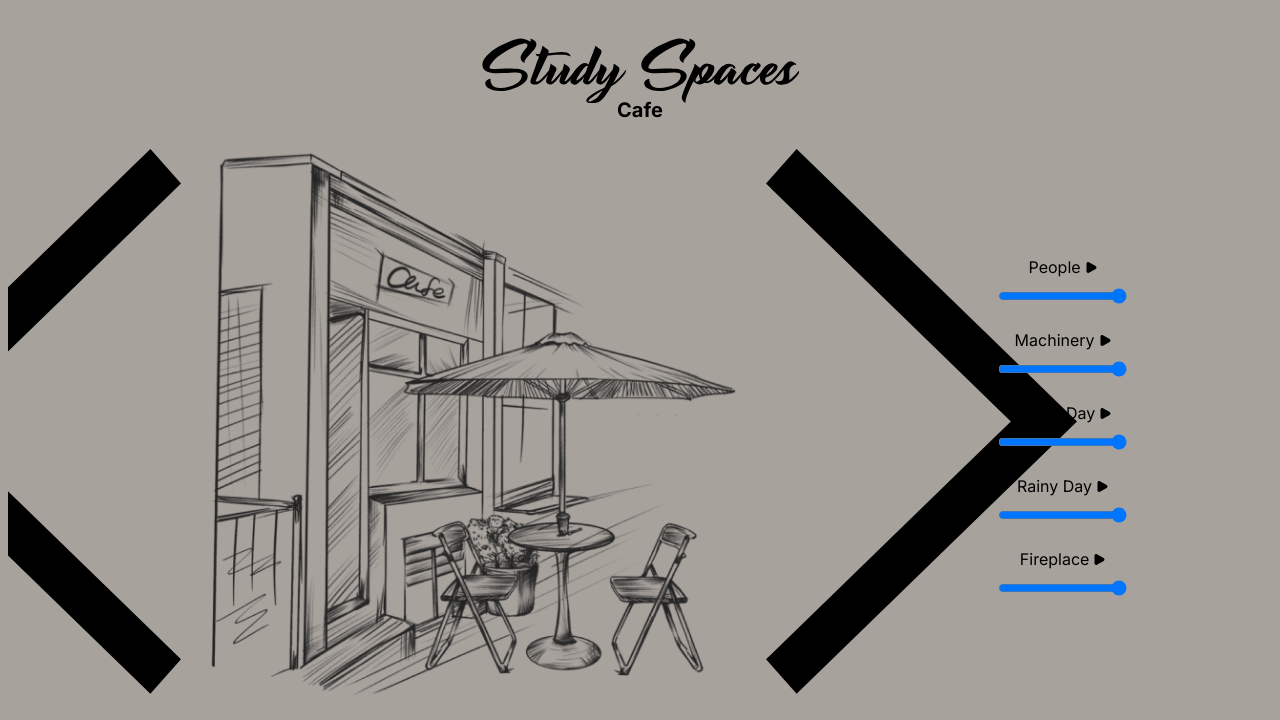
Repository: kaitlynlie/studyspaces
Page: / (app in studyspaces/)
The author's editor kept a copy of each file at every save. The page is drawn from the files as they stood at one save, then again after the next save.
The browser window is 1280 px wide. The pictures show the whole page.
The project was rebuilt for these pictures with package versions that can differ from the ones it lists, and the page was loaded fresh each time. Also part of the build but not shown: studyspaces/vite.config.ts. Imported but missing from the stored project, and not drawn on this page: studyspaces/src/audio/fireplace.wav, studyspaces/src/audio/people.wav, studyspaces/src/audio/rain.wav, studyspaces/src/audio/softmachinery.mp3, studyspaces/src/audio/sun.wav.

Above is the page before, as saved 2023-09-28 11:15:21.

### studyspaces/index.html
<!DOCTYPE html>
<html lang="en">
  <head>
    <meta charset="UTF-8" />
    <link rel="icon" type="image/svg+xml" href="/vite.svg" />
    <meta name="viewport" content="width=device-width, initial-scale=1.0" />
    <title>Study Spaces</title>
  </head>
  <body>
    <div id="root"></div>
    <script type="module" src="/src/main.tsx"></script>
  </body>
</html>

### studyspaces/src/main.tsx
import React from 'react'
import ReactDOM from 'react-dom/client'
import App from './App'
import './index.scss'
import { BrowserRouter } from 'react-router-dom'

ReactDOM.createRoot(document.getElementById('root')!).render(
  <BrowserRouter>
    <App />
  </BrowserRouter>,
)

### studyspaces/src/App.tsx
import clsx from "clsx";
import { Route, Routes } from 'react-router-dom'
import React from "react";
import { Home } from "./pages/Home";
import { Navbar } from "./pages";

function App() {
  return (
    <>
      <div className={clsx("app", "w-full overflow-hidden")}>
          {/* <img
            src={tracks}
            alt='tracks'
            className={clsx(styles.tracks)}
          />  */}
        {/* <Navbar /> */}
        <Routes>
          <Route index path="/" element={<Home />} />
          {/* <Route path="about" element={<About />} />
          <Route path="membership" element={<Membership />} />
          <Route path="faq" element={<FAQ />} />
          <Route path="blog" element={<Blog />} />
          <Route path="careers" element={<Careers />} />
          <Route path='blog2' element={<Blog2 />} /> */}
      </Routes>
      </div>
    </>
  )
  }

export default App;

### studyspaces/src/index.scss
@import url("https://fonts.googleapis.com/css2?family=Inter:wght@400;500;600;700;800;900&display=swap");
// @import "./style/globals/general.scss";

@tailwind base;
@tailwind components;
@tailwind utilities;

:root {
  font-family: Inter;
  overflow-x: hidden;
}

@keyframes jump {
  0%, 100% {
    transform: translateY(0);
  }
  50% {
    transform: translateY(-20px);
  }
}

.jumping-word {
  display: inline-block;
  animation: jump 1s infinite;
}

### studyspaces/src/pages/Home.tsx
import styles from "./home.module.scss";
import clsx from "clsx";
import { title, coffee, leftarrow, rightarrow, play, pause } from "../assets";
import React, { ChangeEvent, useState, useRef } from 'react';
import { people, machinery, sunny, rainy, fire } from "../audio";
import { Navbar } from ".";

export function Home() {
  const [sliderValues, setSliderValues] = useState({
    peopleVolumeSlider: 1,
    machVolumeSlider: 1,
    sunnyVolumeSlider: 1,
    rainyVolumeSlider: 1,
    fireVolumeSlider: 1,
  });

  const handleSliderChange = (event: ChangeEvent<HTMLInputElement>) => {
    const { id, value } = event.target;
    setSliderValues((prevValues) => ({
      ...prevValues,
      [id]: parseFloat(value),
    }));
  };

  const [isPlaying, setIsPlaying] = useState<AudioState>({});

  interface AudioState {
    [key: string]: boolean;
  }

  const handlePlayButtonClick = (audioId: string) => {
    setIsPlaying((prevState) => ({
      ...prevState,
      [audioId]: !prevState[audioId] || !prevState[audioId],
    }));
  };

  return (
    <div className={clsx(styles.body)}>
        <section className={clsx(styles.home)}>
          <div className={clsx(styles.header)}>
            <img src={title} className={clsx(styles.title)}/>
            <Navbar />
          </div>
            <h4>Cafe</h4>
            <div className={clsx(styles.content)}>
              <div className={clsx(styles.hero)}>
                <img id="leftArrow" src={leftarrow} />
                <img src={coffee} className={clsx(styles.coffee)} />
                <img id="rightArrow" src={rightarrow} />
              </div>

              <div className={clsx(styles.audiolist)}>
                <div className={clsx(styles.audio)}>
                  <div className={clsx(styles.title)}>
                    <p>People</p>
                    <img
                      src={play}
                      width="11"
                      height="11"
                      id="peoplePlayButton"
                      onClick={() => handlePlayButtonClick("peopleAudioPlayer")}                    />
                  </div>
                  <audio id="peopleAudioPlayer">
                    <source src={people} type="audio/wav" />
                  </audio>
                  <input
                    type="range"
                    id="peopleVolumeSlider"
                    min={0}
                    max={1}
                    step={0.1}
                    value={sliderValues.peopleVolumeSlider}
                    onChange={handleSliderChange}
                  />
                </div>

                <div className={clsx(styles.audio)}>
                  <div className={clsx(styles.title)}>
                    <p>Machinery</p>
                    <img
                      src={play}
                      width="11"
                      height="11"
                      id="machPlayButton"
                      onClick={() => handlePlayButtonClick("machAudioPlayer")}
                    />
                  </div>
                  <audio id="machAudioPlayer">
                    <source src={machinery} type="audio/mp3" />
                  </audio>
                  <input
                    type="range"
                    id="machVolumeSlider"
                    min={0}
                    max={1}
                    step={0.1}
                    value={sliderValues.machVolumeSlider}
                    onChange={handleSliderChange}
                  />
                </div>

                <div className={clsx(styles.audio)}>
                  <div className={clsx(styles.title)}>
                    <p>Sunny Day</p>
                    <img
                      src={play}
                      width="11"
                      height="11"
                      id="sunnyPlayButton"
                      onClick={() => handlePlayButtonClick("sunnyAudioPlayer")}
                    />
                  </div>
                  <audio id="sunnyAudioPlayer">
                    <source src={sunny} type="audio/wav" />
                  </audio>
                  <input
                    type="range"
                    id="sunnyVolumeSlider"
                    min={0}
                    max={1}
                    step={0.1}
                    value={sliderValues.sunnyVolumeSlider}
                    onChange={handleSliderChange}
                  />
                </div>

                <div className={clsx(styles.audio)}>
                  <div className={clsx(styles.title)}>
                    <p>Rainy Day</p>
                    <img
                      src={play}
                      width="11"
                      height="11"
                      id="rainyPlayButton"
                      onClick={() => handlePlayButtonClick("rainyAudioPlayer")}
                    />
                  </div>
                  <audio id="rainyAudioPlayer">
                    <source src={rainy} type="audio/wav" />
                  </audio>
                  <input
                    type="range"
                    id="rainyVolumeSlider"
                    min={0}
                    max={1}
                    step={0.1}
                    value={sliderValues.rainyVolumeSlider}
                    onChange={handleSliderChange}
                  />
                </div>

                <div className={clsx(styles.audio)}>
                  <div className={clsx(styles.title)}>
                    <p>Fireplace</p>
                    <img
                      src={play}
                      width="11"
                      height="11"
                      id="firePlayButton"
                      onClick={() => handlePlayButtonClick("fireAudioPlayer")}
                    />
                  </div>
                  <audio id="fireAudioPlayer">
                    <source src={fire} type="audio/wav" />
                  </audio>
                  <input
                    type="range"
                    id="fireVolumeSlider"
                    min={0}
                    max={1}
                    step={0.1}
                    value={sliderValues.fireVolumeSlider}
                    onChange={handleSliderChange}
                  />
                </div>
              </div>
            </div>
        </section>
    </div>
  );
}

### studyspaces/src/pages/home.module.scss
body {
    background-color: rgb(168, 162, 157);
    section.home {
        padding: 10px;
        display: flex;
        flex-direction: column;
        justify-content: center;
        align-items: center;
        overflow-y: hidden;
        .header {
          display: flex;
          flex-direction: row;
          justify-content: flex-start;
          align-items: flex-start;
          .title {
              margin-top: 20px;
          }
        }
        h4 {
            text-align: center;
            font-size: 20px;
            font-weight: 700;
            margin-top: -5px;
        }
        .content {
            display: flex;
            justify-content: space-between;
            gap: 200px;
            transition: gap 0.3s ease;
            // @media (max-width: 1089px) {
            //     gap: 50px;
            // }
            // @media (max-width: 919px) {
            //   flex-direction: column;
            // }
            .hero {
                display: flex;
                justify-content: center;
                gap: 30px;
                .coffee {
                    max-width: 550px;
                    max-height: 550px;
                    width: 100%;
                    height: 100%;
                    @media (max-width: 664px) {
                        max-width: 300px;
                        max-height: 300px;
                    }
                }
            }
            .audiolist {
                display: flex;
                flex-direction: column;
                align-items: center;
                justify-content: center;
                .audio {
                    display: flex;
                    flex-direction: column;
                    justify-content: center;
                    align-items: center;
                    .title {
                        display: flex;
                        flex-direction: row;
                        justify-content: center;
                        align-items: center;
                        gap: 5px;
                        img {
                            cursor: pointer;
                        }
                        .custom-range-slider {
                            appearance: none;
                            width: 100%;
                            height: 8px;
                            border-radius: 5px;
                            background-color: black;
                            outline: none;
                          }

                          .custom-range-slider::-webkit-slider-thumb {
                            appearance: none;
                            width: 16px;
                            height: 16px;
                            border-radius: 50%;
                            background-color: white;
                            cursor: pointer;
                          }

                          .custom-range-slider::-moz-range-thumb {
                            width: 16px;
                            height: 16px;
                            border-radius: 50%;
                            background-color: white;
                            cursor: pointer;
                          }

                          .custom-range-slider::-ms-thumb {
                            width: 16px;
                            height: 16px;
                            border-radius: 50%;
                            background-color: white;
                            cursor: pointer;
                          }
                        #peopleVolumeSlider {
                            -webkit-appearance: none;
                            appearance: none;
                            width: 100%;
                            height: 5px;
                            background-color: black; /* Set the default color of the track/bar */
                            outline: none;
                            position: relative;
                          }

                          #peopleVolumeSlider::-webkit-slider-thumb {
                            -webkit-appearance: none;
                            appearance: none;
                            width: 12px;
                            height: 12px;
                            background-color: black; /* Set the color of the slider thumb */
                            cursor: pointer;
                            border-radius: 50%;
                            position: relative;
                            z-index: 1;
                          }

                          #sunnyVolumeSlider {
                            -webkit-appearance: none;
                            appearance: none;
                            width: 100%;
                            height: 5px;
                            background-color: black; /* Set the default color of the track/bar */
                            outline: none;
                            position: relative;
                          }

                          #sunnyVolumeSlider::-webkit-slider-thumb {
                            -webkit-appearance: none;
                            appearance: none;
                            width: 12px;
                            height: 12px;
                            background-color: black; /* Set the color of the slider thumb */
                            cursor: pointer;
                            border-radius: 50%;
                            position: relative;
                            z-index: 1;
                          }

                          #rainyVolumeSlider {
                            -webkit-appearance: none;
                            appearance: none;
                            width: 100%;
                            height: 5px;
                            background-color: black; /* Set the default color of the track/bar */
                            outline: none;
                            position: relative;
                          }

                          #rainyVolumeSlider::-webkit-slider-thumb {
                            -webkit-appearance: none;
                            appearance: none;
                            width: 12px;
                            height: 12px;
                            background-color: black; /* Set the color of the slider thumb */
                            cursor: pointer;
                            border-radius: 50%;
                            position: relative;
                            z-index: 1;
                          }

                          #machVolumeSlider {
                            -webkit-appearance: none;
                            appearance: none;
                            width: 100%;
                            height: 5px;
                            background-color: black; /* Set the default color of the track/bar */
                            outline: none;
                            position: relative;
                          }

                          #machVolumeSlider::-webkit-slider-thumb {
                            -webkit-appearance: none;
                            appearance: none;
                            width: 12px;
                            height: 12px;
                            background-color: black; /* Set the color of the slider thumb */
                            cursor: pointer;
                            border-radius: 50%;
                            position: relative;
                            z-index: 1;
                          }

                          #fireVolumeSlider {
                            -webkit-appearance: none;
                            appearance: none;
                            width: 100%;
                            height: 5px;
                            background-color: black; /* Set the default color of the track/bar */
                            outline: none;
                            position: relative;
                          }

                          #fireVolumeSlider::-webkit-slider-thumb {
                            -webkit-appearance: none;
                            appearance: none;
                            width: 12px;
                            height: 12px;
                            background-color: black; /* Set the color of the slider thumb */
                            cursor: pointer;
                            border-radius: 50%;
                            position: relative;
                            z-index: 1;
                          }
                    }
                    input {
                        margin-top: -5px;
                        margin-bottom: 10px
                    }
                }
            }
        }
    }
}

### studyspaces/src/assets/index.ts
import title from './title.svg'
import coffee from './coffee.png'
import leftarrow from './leftarrow.svg'
import rightarrow from './rightarrow.svg'
import play from './play.svg'
import pause from './pause.svg'

export {
    title,
    coffee,
    leftarrow,
    rightarrow,
    play,
    pause
}

### studyspaces/src/audio/index.ts
import people from './people.wav'
import machinery from './softmachinery.mp3'
import sunny from './sun.wav'
import rainy from './rain.wav'
import fire from './fireplace.wav'

export {
    people,
    machinery,
    sunny,
    rainy,
    fire
}

### studyspaces/src/pages/index.ts
import Navbar from "./Navbar";

export {
    Navbar
}

### studyspaces/src/pages/Navbar.tsx
import React from 'react'
import styles from './Navbar.module.scss'
import clsx from 'clsx'
import { title } from '../assets'
import { Link } from 'react-router-dom'
import { useState } from 'react'
import { RiMenu3Line, RiCloseLine } from 'react-icons/ri';

const Navbar = () => {
  const [toggleMenu, setToggleMenu] = useState(false);
  const [nav, setNav] = useState(false);

  const openNav = () => {
    setNav(!nav);
  };

  return (
    <nav className={clsx(styles.navbar)}>
    <div className={clsx(styles.toggle)}>
        {toggleMenu
          ? <RiCloseLine color="#000" size={27} onClick={() => setToggleMenu(false)} />
          : <RiMenu3Line color="#000" size={27} onClick={() => setToggleMenu(true)} />}
        {toggleMenu && (
        <div className={clsx(styles.box)}>
          <div className="none">
            <ul className={clsx(styles.dropdown)}>
            <Link onClick={openNav} to='/'><li><a>Home</a></li></Link>
            <Link onClick={openNav} to='/about'><li><a>About</a></li></Link>
            <Link onClick={openNav} to='/membership'><li><a>Todo</a></li></Link>
            <Link onClick={openNav} to='/faq'><li><a>Timer</a></li></Link>
            </ul>
          </div>
        </div>
        )}
        </div>
  </nav>
  )
}

export default Navbar

### studyspaces/src/pages/Navbar.module.scss
nav.navbar {
    display: flex;
    flex-direction: row;
    align-items: center;
    justify-content: flex-end;
    z-index: 10;
    .components {
      display: flex;
      flex-direction: row;
      gap: 30px;
      font-size: 20px;
      font-weight: 500;
      line-height: 130%;
      z-index: 10;
      cursor: pointer;
      margin-right: 30px;
      a {
        z-index: 10;
        list-style-type: none;
        text-decoration: none;
        color: inherit;
      }
      @media (max-width: 1156px) {
        display: none;
      }
    }
    .signin {
      display: flex;
      flex-direction: row;
      align-items: center;
      gap: 10px;
      font-size: 20px;
      font-weight: 500;
      line-height: 130%;
      z-index: 10;
      cursor: pointer;
      @media (max-width: 1156px) {
        display: none;
      }
      .button {
        border-radius: 5px;
        background: #184171;
        width: 150px;
        height: 49px;
        color: white;
        margin-right: 5px;
        z-index: 10;
      }
    }
    .toggle {
    margin-right: -1000px;
      cursor: pointer;
      z-index: 10;
      margin-left: 20px;
      .box {
        display: flex;
        justify-content: flex-end;
        align-items: flex-end;
        flex-direction: column;
        text-align: end;
        background-color: #ffffffc9;
        padding: 30px;
        position: absolute;
        top: 40px;
        right: 10px;
        border-radius: 5px;
        box-shadow: 0 10px 20px 0 rgba(0,0,0,0.5);
        z-index: 10;
        .dropdown {
          display: flex;
          justify-content: flex-end;
          align-items: flex-end;
          flex-direction: column;
          color: white;
          text-align: end;
          padding: 1px;
          li {
            margin-top: 8px;
            list-style-type: none;
            text-decoration: none;
            color: black;
          }
        }
      }
    }
  }

After the next save:
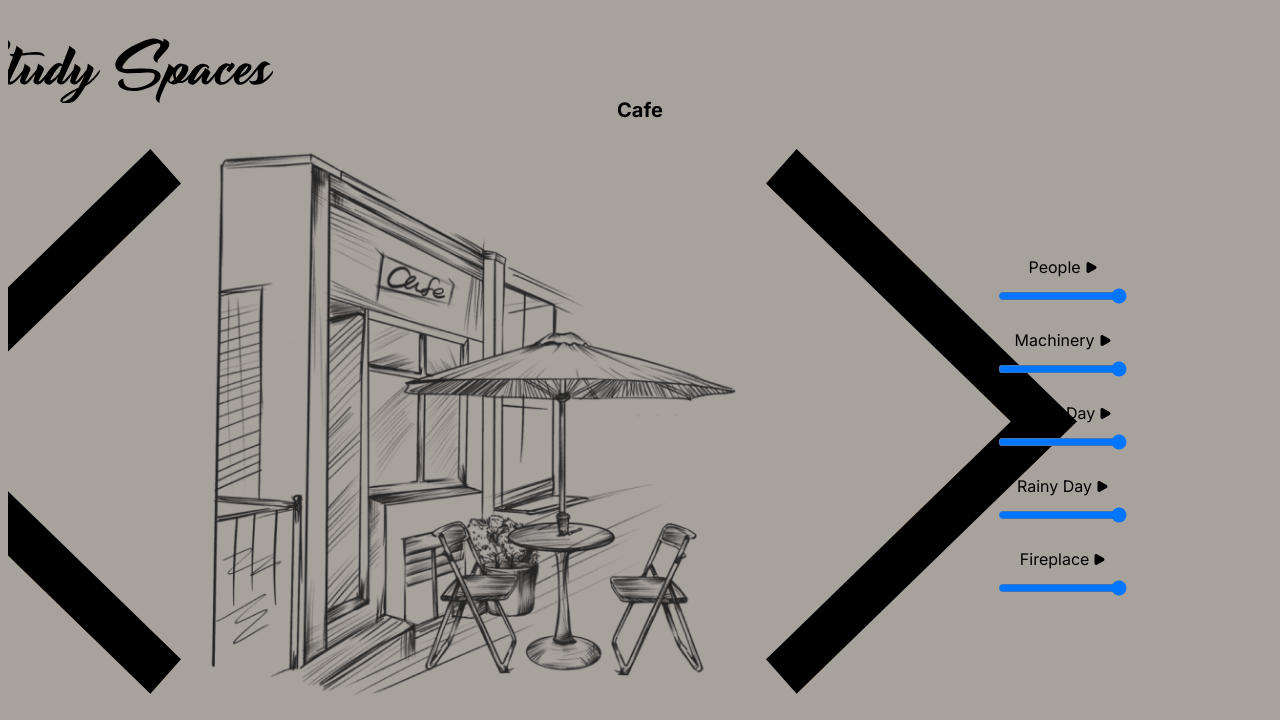
Saved 11 s later.
--- a/studyspaces/src/pages/Navbar.module.scss
+++ b/studyspaces/src/pages/Navbar.module.scss
@@ -48,10 +48,10 @@ nav.navbar {
       }
     }
     .toggle {
-    margin-right: -1000px;
       cursor: pointer;
       z-index: 10;
-      margin-left: 20px;
+      margin-left: 1020px;
+      margin-right: 5px;
       .box {
         display: flex;
         justify-content: flex-end;
